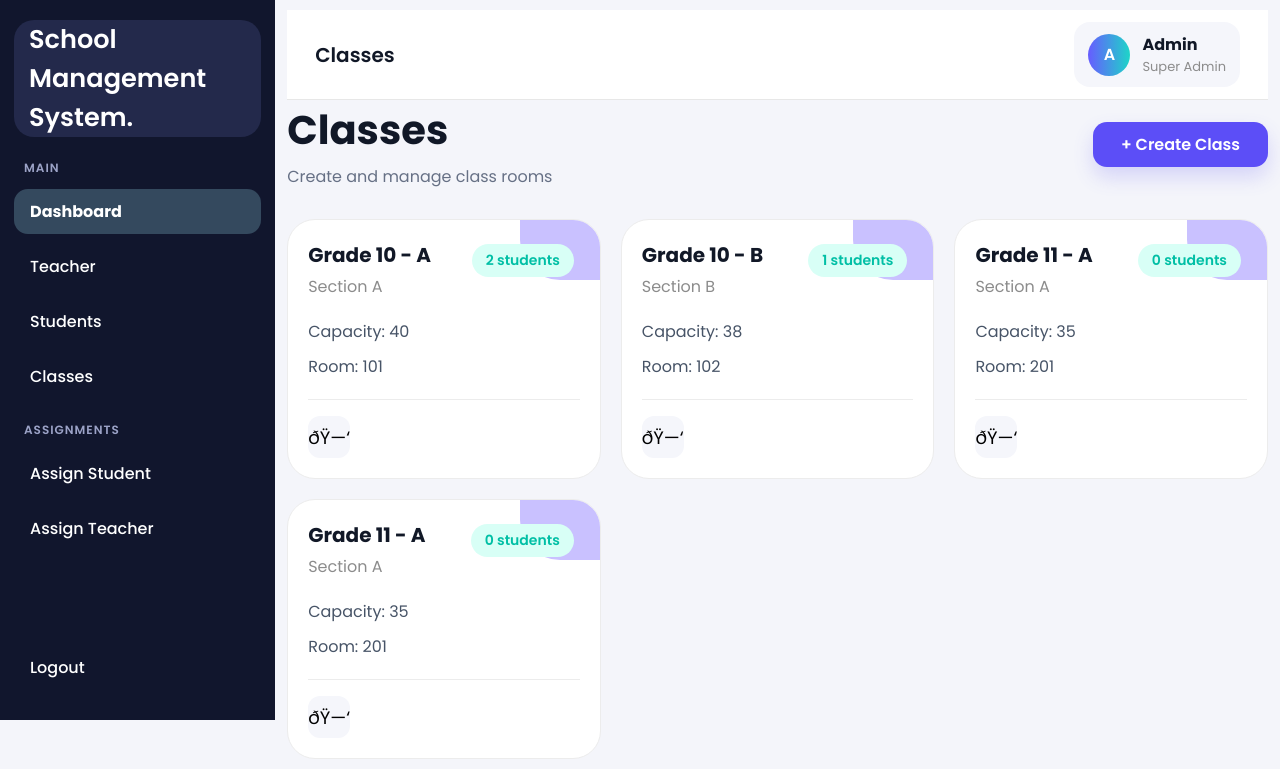
Repository: rohit-rk-07/school_management_system
Page: http://localhost/School_Management_System/admin/addclasses.jsp
These files come from the project's save history. The page is drawn as it stood at one moment and after the next save; the edit follows.
The browser window is 1280 px wide. The pictures show the whole page.
The page is served by Tomcat 10.

Above is the page before, as saved 2026-05-20 09:29:58.

After the next save:
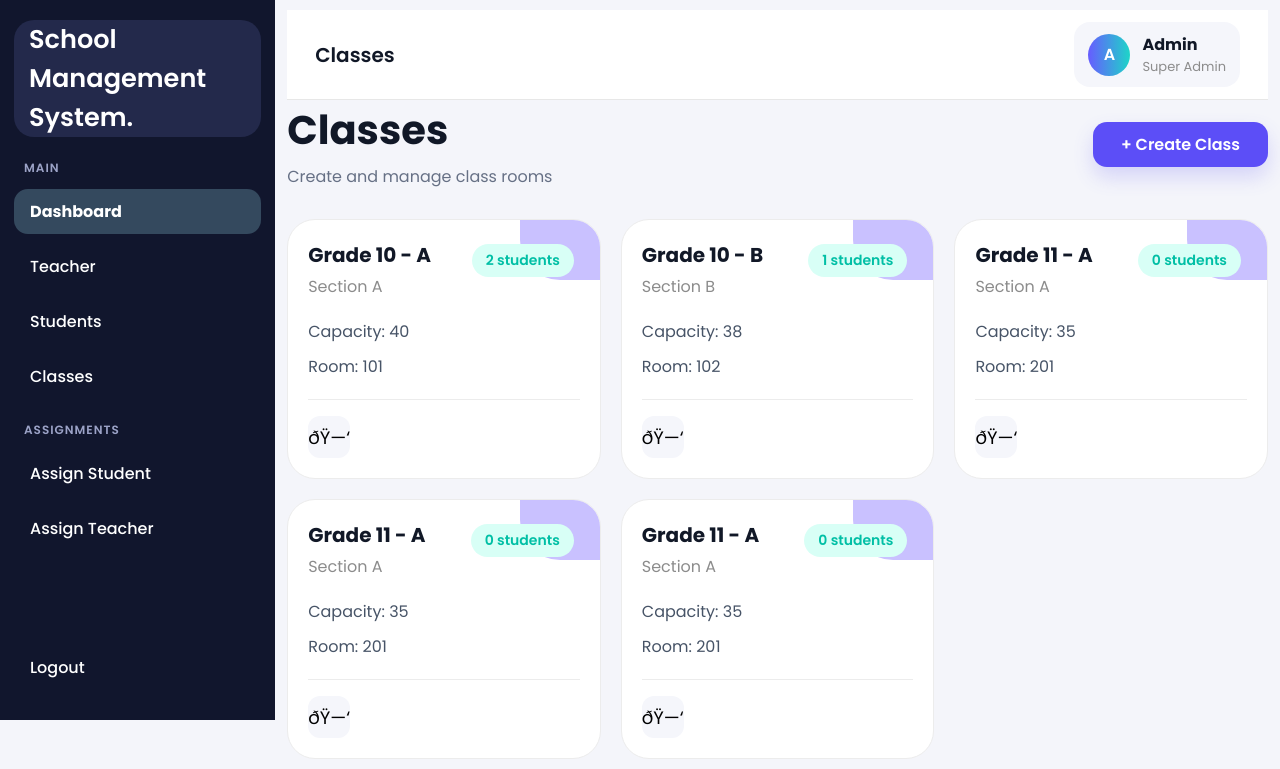
Saved 4 s later.
--- a/School_Management_System/src/main/webapp/admin/addclasses.jsp
+++ b/School_Management_System/src/main/webapp/admin/addclasses.jsp
@@ -571,6 +571,38 @@
 
             </div>
 
+            <div class="classCardContainer">
+
+                <div class="classCardTopDecoration"></div>
+
+                <div class="classStudentCountBadge">
+                    0 students
+                </div>
+
+                <h2 class="classCardTitle">
+                    Grade 11 - A
+                </h2>
+
+                <p class="classCardSectionText">
+                    Section A
+                </p>
+
+                <p class="classCardInfo">
+                    Capacity: 35
+                </p>
+
+                <p class="classCardInfo">
+                    Room: 201
+                </p>
+
+                <div class="classCardDivider"></div>
+
+                <button class="classDeleteButton">
+                    🗑
+                </button>
+
+            </div>
+
         </div>
 
     </div>
